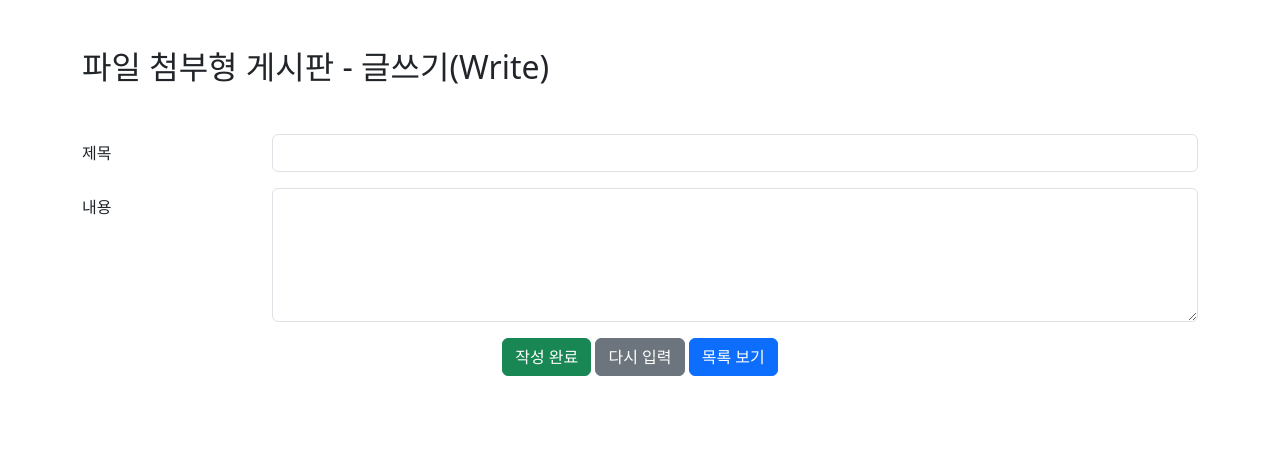
Repository: jungwoonAn/jsp_basic
Page: http://localhost/MustHaveJSP/mvcboard/write.do
These files come from the project's save history. The page is drawn as it stood at one moment and after the next save; the edit follows.
The browser window is 1280 px wide. The pictures show the whole page.
The page is served by Tomcat 10.

Above is the page before, as saved 2024-10-28 06:23:25.

After the next save:
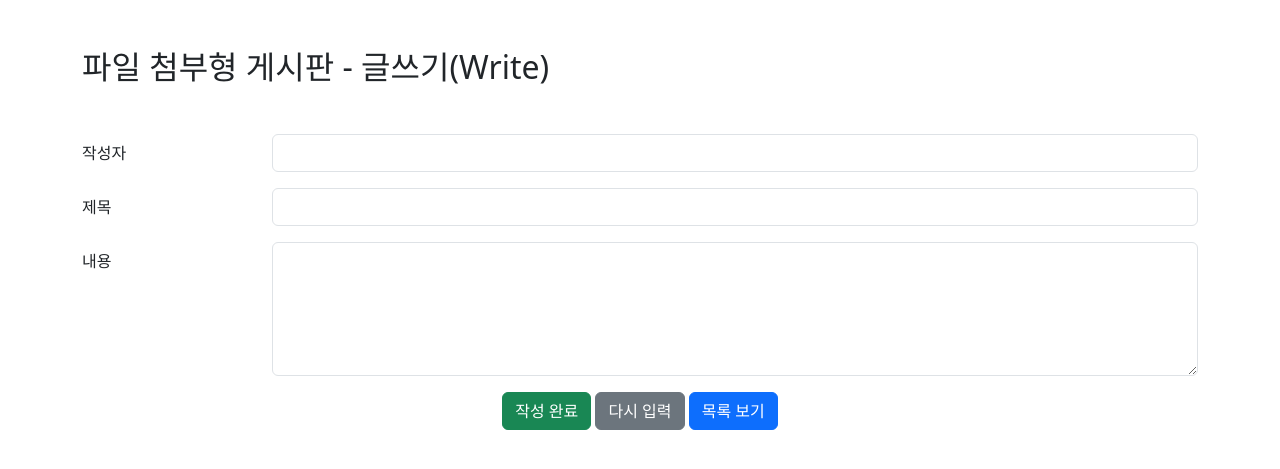
Saved 80 s later.
--- a/MustHaveJSP/src/main/webapp/14_MVCBoard/Write.jsp
+++ b/MustHaveJSP/src/main/webapp/14_MVCBoard/Write.jsp
@@ -39,6 +39,12 @@
 		<form action="/mvcboard/write.do" method="post" name="writeFrm"
 			onsubmit="return validateForm(this);">
 			<div class="mb-3 row">
+			    <label class="col-sm-2 col-form-label">작성자</label>
+			    <div class="col-sm-10">
+			    	<input type="text" class="form-control" name="name">
+			    </div>
+			</div>
+			<div class="mb-3 row">
 			    <label class="col-sm-2 col-form-label">제목</label>
 			    <div class="col-sm-10">
 			    	<input type="text" class="form-control" name="title">
